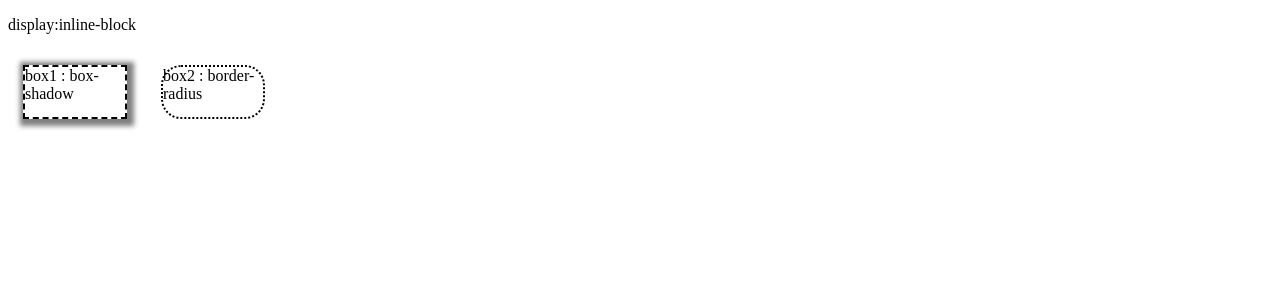
Repository: yeonddu/green_css
Page: web/pro01/songyeonsu/box-model.html
The author's editor kept a copy of each file at every save. The page is drawn from the files as they stood at one save, then again after the next save.
The browser window is 1280 px wide. The pictures show the whole page.

Above is the page before, as saved 2022-12-13 07:54:19.

### web/pro01/songyeonsu/box-model.html
<!DOCTYPE html>
<html>
<head>
<meta charset="EUC-KR">
<title>Insert title here</title>
<style>
	div {
		display:inline-block;
		width:100px;
		height:50px;
		margin:15px;
	}
	.box1 {
		border:2px dashed black;
		box-shadow:2px 2px 5px 5px gray;
	}
	.box2 {
		border:2px dotted black;
		border-radius:20px;
	}
</style>
</head>
<body>
	<p>display:inline-block</p>
	<div class="box1">box1 : box-shadow</div>
	<div class="box2">box2 : border-radius</div>
</body>
</html>

After the next save:
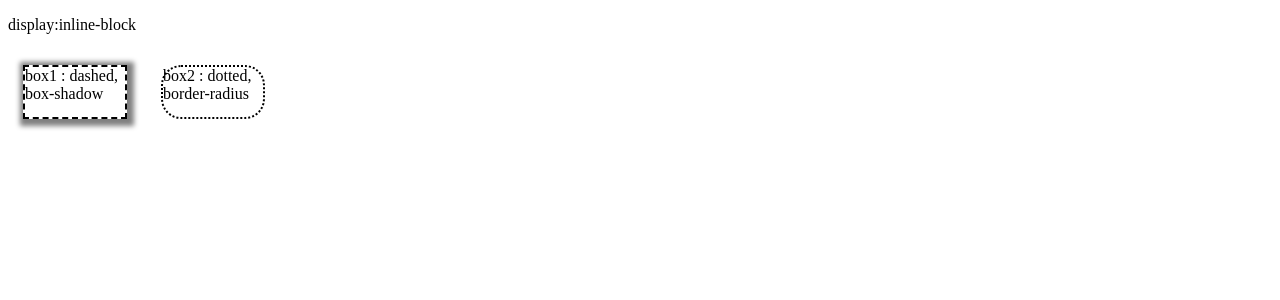
Saved 24 s later.
--- a/web/pro01/songyeonsu/box-model.html
+++ b/web/pro01/songyeonsu/box-model.html
@@ -22,7 +22,7 @@
 </head>
 <body>
 	<p>display:inline-block</p>
-	<div class="box1">box1 : box-shadow</div>
-	<div class="box2">box2 : border-radius</div>
+	<div class="box1">box1 : dashed, box-shadow</div>
+	<div class="box2">box2 : dotted, border-radius</div>
 </body>
 </html>
